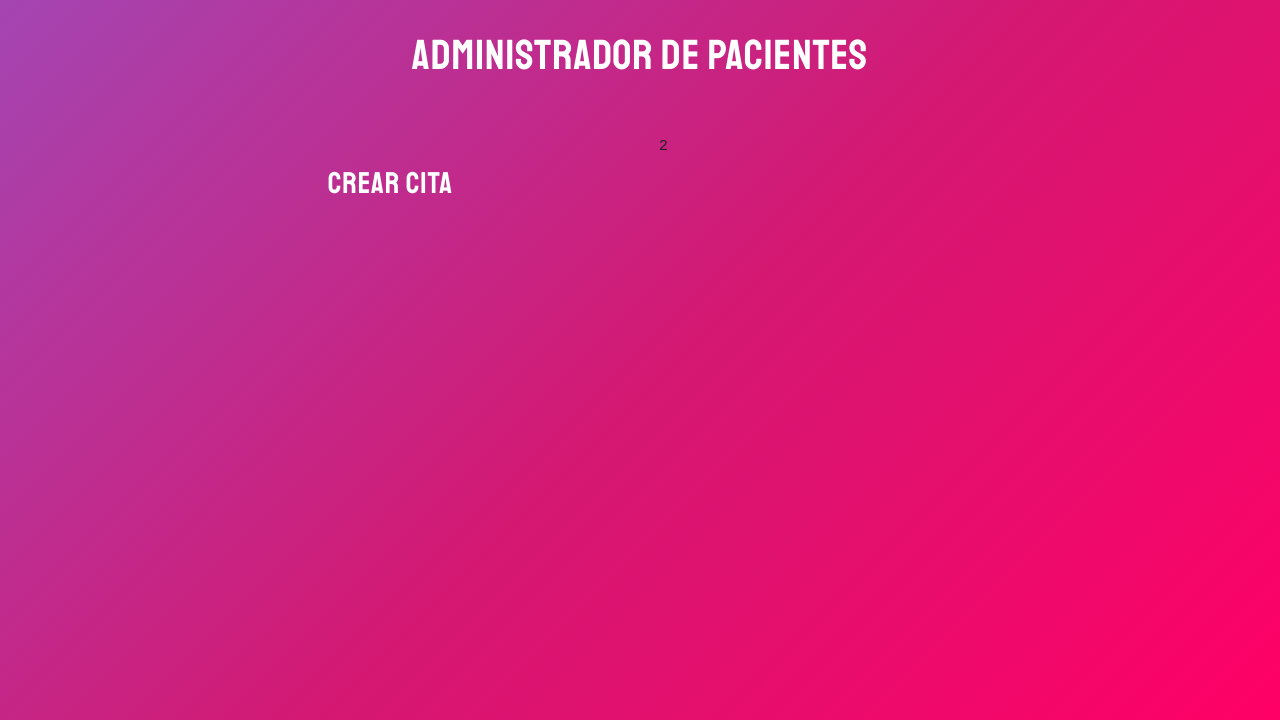
Repository: lmencos/pacientes
Page: /
An editor plug-in stored every save of this project. The page is shown before and after the next save, followed by the edit.
The browser window is 1280 px wide. The pictures show the whole page.
The project was rebuilt for these pictures with package versions that can differ from the ones it lists, and the page was loaded fresh each time.

Above is the page before, as saved 2020-08-10 17:44:57.

After the next save:
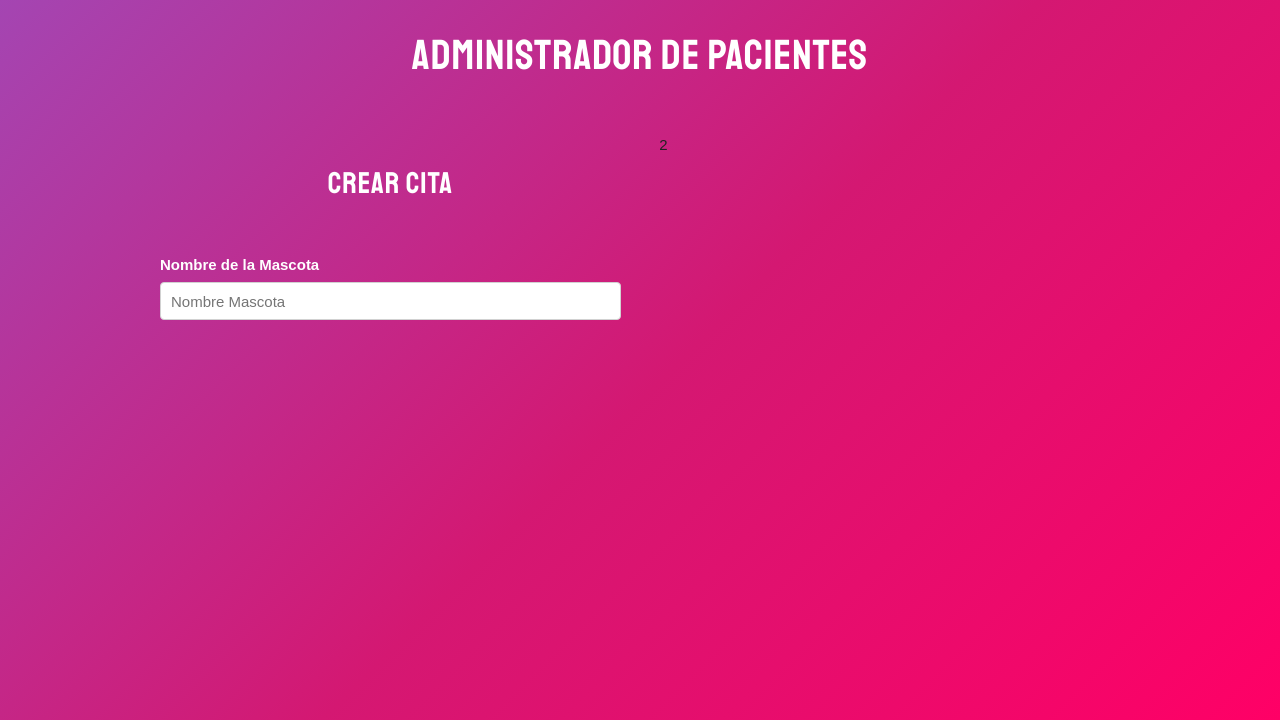
Saved 107 s later.
--- a/src/components/Formulario.js
+++ b/src/components/Formulario.js
@@ -5,7 +5,14 @@ const Formulario = () => {
     <Fragment>
       <h4>Crear cita</h4>
       <form action="">
+        <label>Nombre de la Mascota</label>
+        <input
+          type="text"
+          name="mascota"
+          className="u-full-width"
+          placeholder="Nombre Mascota"
 
+        />
       </form>
     </Fragment>
    );
